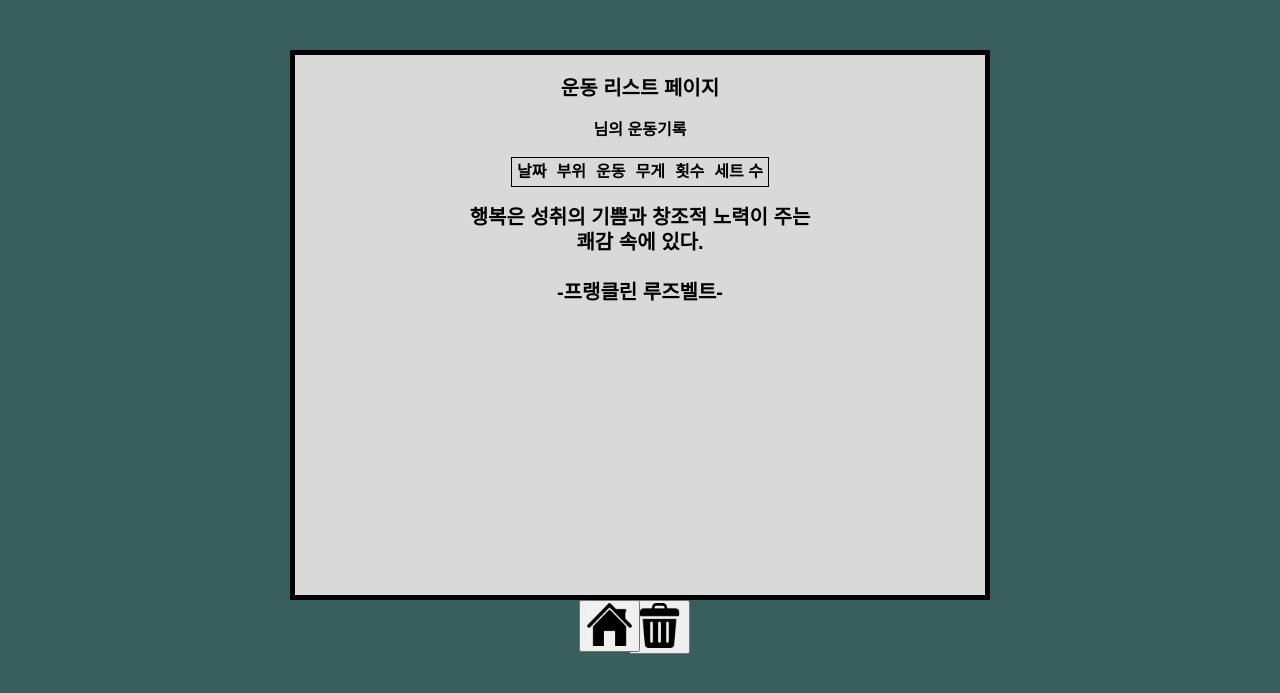
Repository: Up-Min/hrdkorea
Page: http://localhost/jsp_workout/wk_list.jsp
These files come from the project's save history. The page is drawn as it stood at one moment and after the next save; the edit follows.
The browser window is 1280 px wide. The pictures show the whole page.
The page is served by Tomcat 9. The template is opened directly, without the code that normally fills it, so the values that code supplies are empty.

Above is the page before, as saved 2022-12-31 06:59:01.

After the next save:
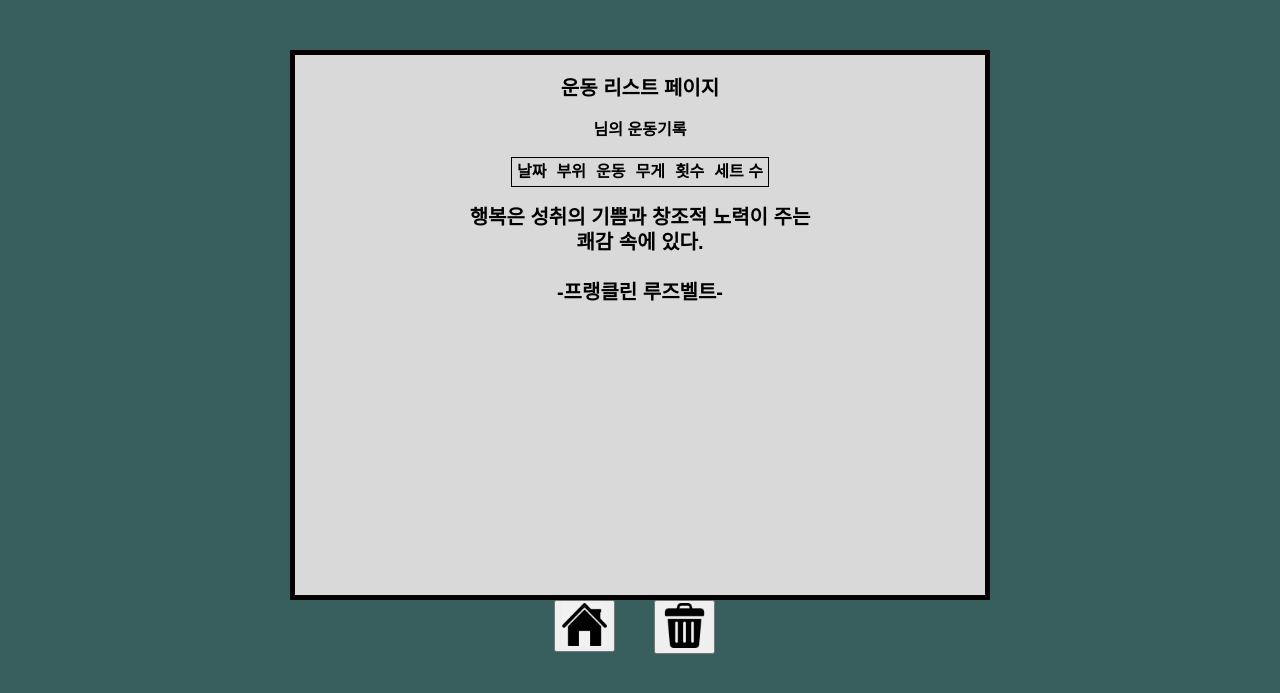
Saved 29 s later.
--- a/jsp_workout/src/main/webapp/wk_list.jsp
+++ b/jsp_workout/src/main/webapp/wk_list.jsp
@@ -55,14 +55,14 @@ table td{
 	position: absolute;
 	right : 0;
 	top: 550px;
-	right : 350px;
+	right : 325px;
 }
 
 .home{
 	position: absolute;
 	right : 0;
 	top : 550px;
-	right : 400px;
+	right : 425px;
 }
 
 </style>
